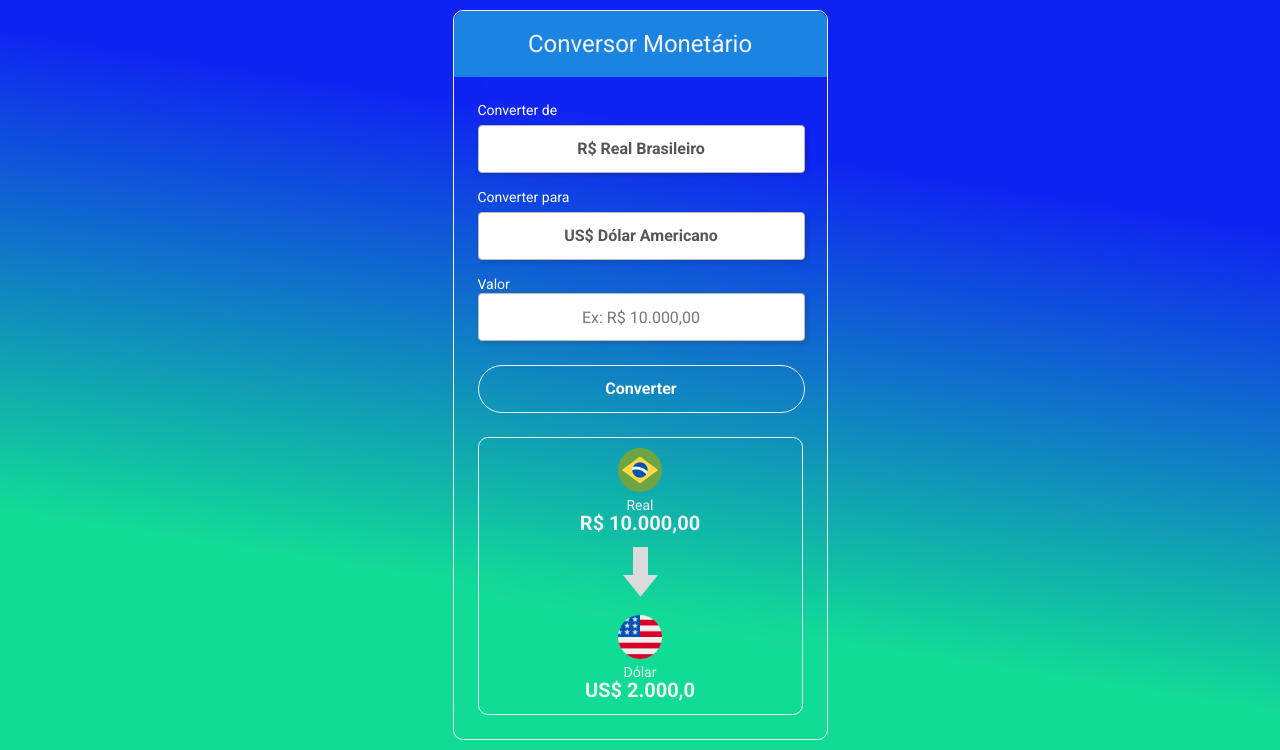
Repository: isayrous/coin-converter
Page: index.html
The author's editor kept a copy of each file at every save. The page is drawn from the files as they stood at one save, then again after the next save.
The browser window is 1280 px wide. The pictures show the whole page.

Above is the page before, as saved 2022-11-03 00:03:35.

### index.html
<!DOCTYPE html>
<html lang="pt-br">
<head>
    <meta charset="UTF-8">
    <meta http-equiv="X-UA-Compatible" content="IE=edge">
    <meta name="viewport" content="width=device-width, initial-scale=1.0">
    <link rel='stylesheet' href="./style.css">
    <link rel="preconnect" href="https://fonts.googleapis.com">
    <link rel="preconnect" href="https://fonts.gstatic.com" crossorigin>
    <link href="https://fonts.googleapis.com/css2?family=Roboto:wght@400;700&display=swap" rel="stylesheet">
    <title>Conversor Monetário</title>
</head>
<body>
    <div class="container">

        <header>
            <h1>Conversor Monetário</h1>
        </header>

        <main>
            <label>
                Converter <strong>de</strong>
                <select id="first-select">
                    <option>R$ Real Brasileiro</option>
                    <option>US$ Dólar Americano</option>
                    <option>Bitcoin</option>
                    <option>€ Euro</option>
                </select>
            </label>

            <label>
                Converter <strong>para</strong>
                <select id="seccond-select">
                    <option>US$ Dólar Americano</option>
                    <option>Bitcoin</option>
                    <option>€ Euro</option>
                    <option>R$ Real Brasileiro</option>
                </select>
            </label>

            <label>
                <b>Valor</b>
                <input id='values' type="number" placeholder="Ex: R$ 10.000,00">
            </label>

            <button id="button-converter" >Converter</button>

            <section>
                <div>
                    <img id="currency-img1" src="./assets/BRL.png">
                    <p id="first-currency">Real</p>
                    <p id="return-input1" class="value">R$ 10.000,00</p>
                </div>

                <img src="./assets/Vector.png"><br>

                <div>
                    <img id="currency-img2" src="./assets/USA.png">
                    <p id ="seccond-currency">Dólar</p>
                    <p id="return-input2" class="value">US$ 2.000,0</p>
                </div>

            </section>

        </main>

    </div>

</body>
<script src='./scripts.js'></script>
</html>

### style.css
* {
    padding: 0;
    margin: 0;
    box-sizing: border-box;
    font-family: 'Roboto', sans-serif;
    font-style: normal;
    font-weight: normal;
    line-height: 18px;
}

body{
    background: linear-gradient(189deg, rgba(15,35,242,1) 24%, rgba(17,220,150,1) 75%);
    width: 100%;
    height: 100%;
    display: flex;
    justify-content: center;
    padding: 10px;
}

.container {
    height: 100%;
    width: 375px;
    background: transparent;
    border: 1px solid #f0f0f0;
    backdrop-filter: blur(15px);
    border-radius: 10px;
}

header {
    background-color: #1b83e2;
    border-radius: 10px 10px 0 0;
    height: 66px;
    display: flex;
    justify-content: center;
    align-items: center;
}

h1 {
    font-size: 24px;
    color:#F4F4F4;
}

main {
    padding: 24px;
}

label{
    font-weight: 400;
    font-size: 14px;
    color: #fff;
    width: 375px;
}

select{
    width: 327px;
    height: 48px;
    background: #FFFFFF;
    border: 1px solid #BBBBBB;
    border-radius: 4px;
    font-weight: 700;
    font-size: 16px;
    color: #555555;
    text-align: center;
    display: block;
    cursor: pointer;
    outline: none;
    appearance: none;
    box-shadow: 2px 2px 5px 0px #00000026;
    margin-bottom: 15px;
    margin-top: 6px;
}

input{
    width: 327px;
    height: 48px;
    background: #FFFFFF;
    border: 1px solid #BBBBBB;
    border-radius: 4px;
    font-weight: 700;
    font-size: 16px;
    color: #555555;
    text-align: center;
    box-shadow: 2px 2px 5px 0px #00000026;
    outline: none;

}

input::-webkit-outer-spin-button,input::-webkit-inner-spin-button {
  -webkit-appearance: none;
  margin: 0;
}

button {
    background: transparent;
    border: 1px solid #f0f0f0;
    border-radius: 25px;
    height: 48px;
    width: 327px;
    font-weight: 700;
    font-size: 1rem;
    color: #fff;
    margin: 24px 0px 24px;
    cursor: pointer;
}

button:hover {
    opacity: 0.8;
}

button:active {
    opacity: 0.7;
}

section{
    border: 1px solid #f0f0f0;
    border-radius: 10px;
    padding-top: 10px;
    display: flex;
    flex-direction: column;
    align-items: center;
    text-align: center;
}

p {
    font-weight: 400;
    font-size: 14px;
    color: #f0f0f0;
}

.value {
    color: #f0f0f0;
    font-weight: 700;
    font-size: 20px;
    margin-bottom: 15px;
}

input::placeholder{color: #777777;
    font-weight: 100;}


@media screen and (max-width: 900px){
    .container {
        height: 100%;
        width: 100%;
    }

    header {
        height: 50px;
    }

    h1 {
        font-size: 20px;
    }

    main {
        padding: 4%;
    }

    label{
        font-size: 0.8rem;
    }

    select{
        font-size: 1rem;
        color: #555555;
        margin-bottom: 10px;
    }

    input{
        font-size: 1rem;
    }

    button {
        font-size: 1rem;
    }

    p {
        font-weight: 700;
        font-size: 0.8rem;
        color: #777777;
    }

    .value {
        font-size: 1rem;
    }
}

### scripts.js
const convert = document.getElementById("button-converter")
const select2 = document.getElementById("seccond-select")
const select1 = document.getElementById("first-select")
/* REAL, DOLAR, BITCOIN , EURO */
const real = [5.16, 5.08]
const dolar = [0.19 , 0.98]
const euro = [0.20 , 1.02]
const bitcoin = [98137.74 , 19010.10 , 19269.79]


const convertvalue = () => {
    const input = document.getElementById("values").value
    const returninput1 = document.getElementById("return-input1")
    const returninput2 = document.getElementById("return-input2")
    /* RETURNS DO INPUT 1 */

    if (select1.value === 'R$ Real Brasileiro') {
        returninput1.innerHTML = new Intl.NumberFormat('pt-BR', {
            style: 'currency', currency: 'BRL'
        }).format(input)

        if (select2.value === 'US$ Dólar Americano') {
            returninput2.innerHTML = new Intl.NumberFormat('en-US', {
                style: 'currency', currency: 'USD'
            }).format(input * dolar[0])
        }
        else if (select2.value === '€ Euro') {
            returninput2.innerHTML = new Intl.NumberFormat('de-DE', {
                style: 'currency', currency: 'EUR'
            }).format(input * euro[0])
        }
        else if (select2.value === 'Bitcoin'){
            returninput2.innerHTML = (input / bitcoin[0]).toFixed(2)
        }
        else if (select2.value === 'R$ Real Brasileiro') {
            returninput2.innerHTML = new Intl.NumberFormat('pt-BR', {
                style: 'currency', currency: 'BRL'
            }).format(input)
        }
    }


    else if (select1.value === 'US$ Dólar Americano') {
        returninput1.innerHTML = new Intl.NumberFormat('en-US', {
            style: 'currency', currency: 'USD'
        }).format(input)

        if (select2.value === 'US$ Dólar Americano') {
            returninput2.innerHTML = new Intl.NumberFormat('en-US', {
                style: 'currency', currency: 'USD'
            }).format(input)
        }
        else if (select2.value === '€ Euro') {
            returninput2.innerHTML = new Intl.NumberFormat('de-DE', {
                style: 'currency', currency: 'EUR'
            }).format(input * euro[1])
        }
        else if (select2.value === 'Bitcoin'){
            returninput2.innerHTML = (input / bitcoin[1]).toFixed(2)
        }
        else if (select2.value === 'R$ Real Brasileiro') {
            returninput2.innerHTML = new Intl.NumberFormat('pt-BR', {
                style: 'currency', currency: 'BRL'
            }).format(input * real[0])
        }

    }

    else if (select1.value === '€ Euro') {
        returninput1.innerHTML = new Intl.NumberFormat('de-DE', {
            style: 'currency', currency: 'EUR'
        }).format(input)

        if (select2.value === 'US$ Dólar Americano') {
            returninput2.innerHTML = new Intl.NumberFormat('en-US', {
                style: 'currency', currency: 'USD'
            }).format(input * dolar[1])
        }
        else if (select2.value === '€ Euro') {
            returninput2.innerHTML = new Intl.NumberFormat('de-DE', {
                style: 'currency', currency: 'EUR'
            }).format(input)
        }
        else if (select2.value === 'Bitcoin'){
            returninput2.innerHTML = (input / bitcoin[1]).toFixed(2)
        }
        else if (select2.value === 'R$ Real Brasileiro') {
            returninput2.innerHTML = new Intl.NumberFormat('pt-BR', {
                style: 'currency', currency: 'BRL'
            }).format(input * real[1])
        }
    }

    else if (select1.value === 'Bitcoin') {
        returninput1.innerHTML = (input)

        if (select2.value === 'US$ Dólar Americano') {
            returninput2.innerHTML = new Intl.NumberFormat('en-US', {
                style: 'currency', currency: 'USD'
            }).format(input * bitcoin[1])
        }
        else if (select2.value === '€ Euro') {
            returninput2.innerHTML = new Intl.NumberFormat('de-DE', {
                style: 'currency', currency: 'EUR'
            }).format(input * bitcoin[2])
        }
        else if (select2.value === 'Bitcoin'){
            returninput2.innerHTML = (input)
        }
        else if (select2.value === 'R$ Real Brasileiro') {
            returninput2.innerHTML = new Intl.NumberFormat('pt-BR', {
                style: 'currency', currency: 'BRL'
            }).format(input * bitcoin[0])
        }


    }

}

const change2 = () => {
    const currencyName2 = document.getElementById("seccond-currency")
    const currencyImg2 = document.getElementById("currency-img2")

    if (select2.value === '€ Euro') {
        currencyName2.innerHTML = '€ Euro'
        currencyImg2.src = "./assets/EURO.png"
    } else if (select2.value === 'Bitcoin') {
        currencyName2.innerHTML = 'Bitcoin'
        currencyImg2.src = "./assets/BITCOIN.png"
    } else if (select2.value === 'US$ Dólar Americano') {
        currencyName2.innerHTML = 'Dólar'
        currencyImg2.src = "./assets/USA.png"
    } else if (select2.value === 'R$ Real Brasileiro') {
        currencyName2.innerHTML = 'Real'
        currencyImg2.src = "./assets/BRL.png"
    }

    convertvalue()
}

const change1 = () => {
    const currencyName1 = document.getElementById("first-currency")
    const currencyImg1 = document.getElementById("currency-img1")

    if (select1.value === '€ Euro') {
        currencyName1.innerHTML = '€ Euro'
        currencyImg1.src = "./assets/EURO.png"
    } else if (select1.value === 'Bitcoin') {
        currencyName1.innerHTML = 'Bitcoin'
        currencyImg1.src = "./assets/BITCOIN.png"
    } else if (select1.value === 'US$ Dólar Americano') {
        currencyName1.innerHTML = 'Dólar'
        currencyImg1.src = "./assets/USA.png"
    } else if (select1.value === 'R$ Real Brasileiro') {
        currencyName1.innerHTML = 'Real'
        currencyImg1.src = "./assets/BRL.png"
    }
    convertvalue()

}

convert.addEventListener('click', convertvalue)
select1.addEventListener('change', change1)
select2.addEventListener('change', change2)

After the next save:
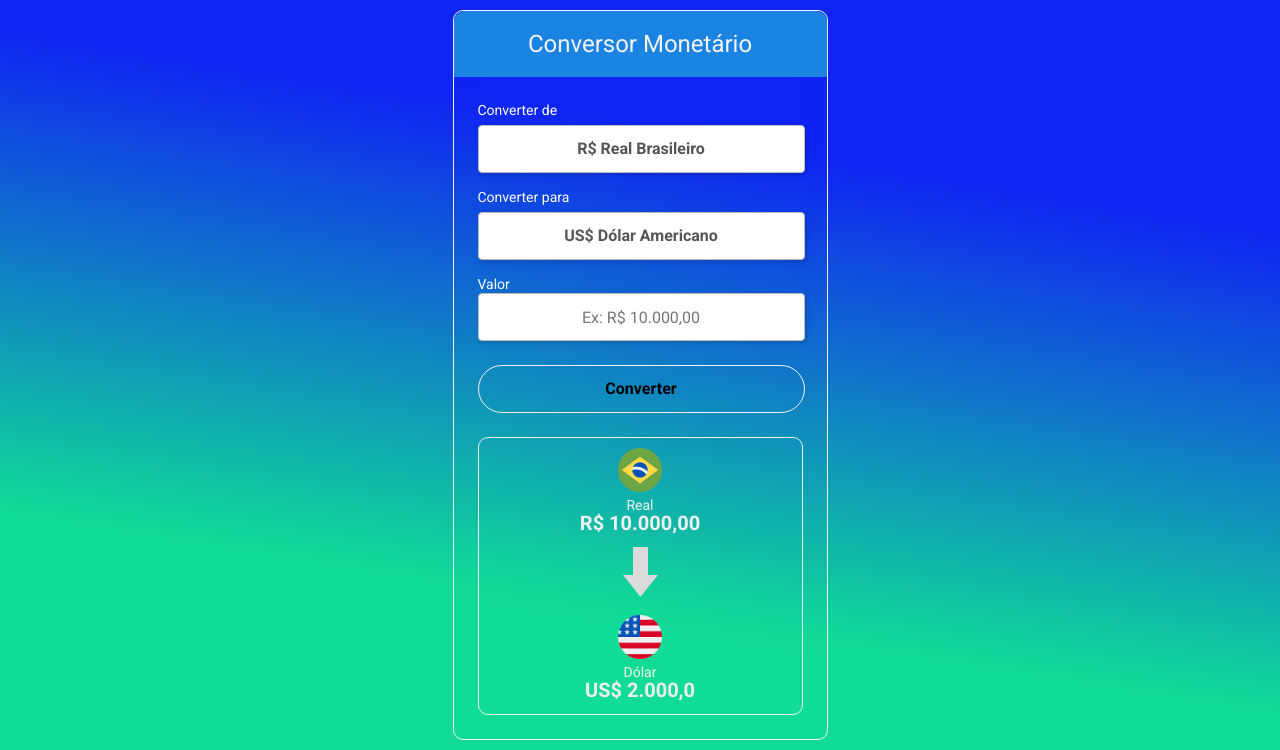
Saved 4 s later.
--- a/style.css
+++ b/style.css
@@ -98,7 +98,7 @@ button {
     width: 327px;
     font-weight: 700;
     font-size: 1rem;
-    color: #fff;
+    color: #000;
     margin: 24px 0px 24px;
     cursor: pointer;
 }
